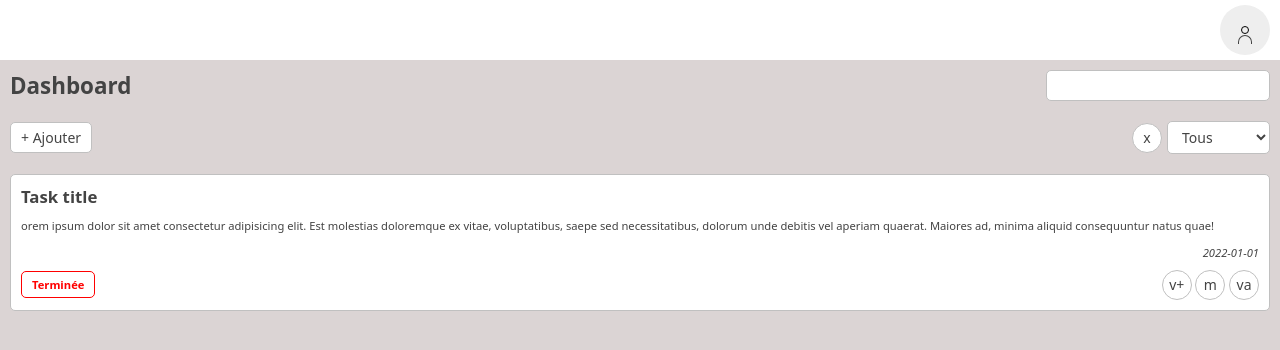
Repository: zpaulange/task_manager
Page: dashboard/index.html
The author's editor kept a copy of each file at every save. The page is drawn from the files as they stood at one save, then again after the next save.
The browser window is 1280 px wide. The pictures show the whole page.

Above is the page before, as saved 2025-03-06 15:35:31.

After the next save:
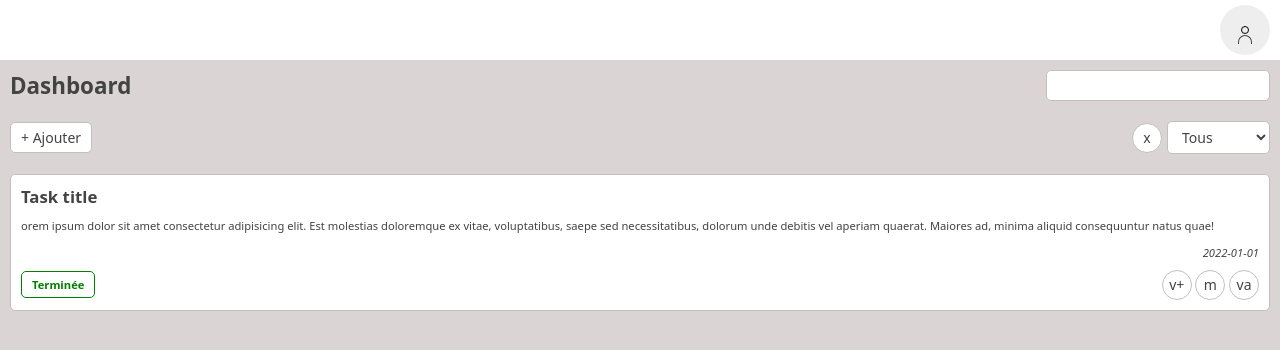
Saved 5 s later.
--- a/dashboard/index.html
+++ b/dashboard/index.html
@@ -46,7 +46,7 @@
                 2022-01-01
               </div>
               <div class="main-task__content-item__actions">
-                <span class="main-task__content-item__actions_status canceled">
+                <span class="main-task__content-item__actions_status completed">
                   Terminée
                 </span>
                 <div>
